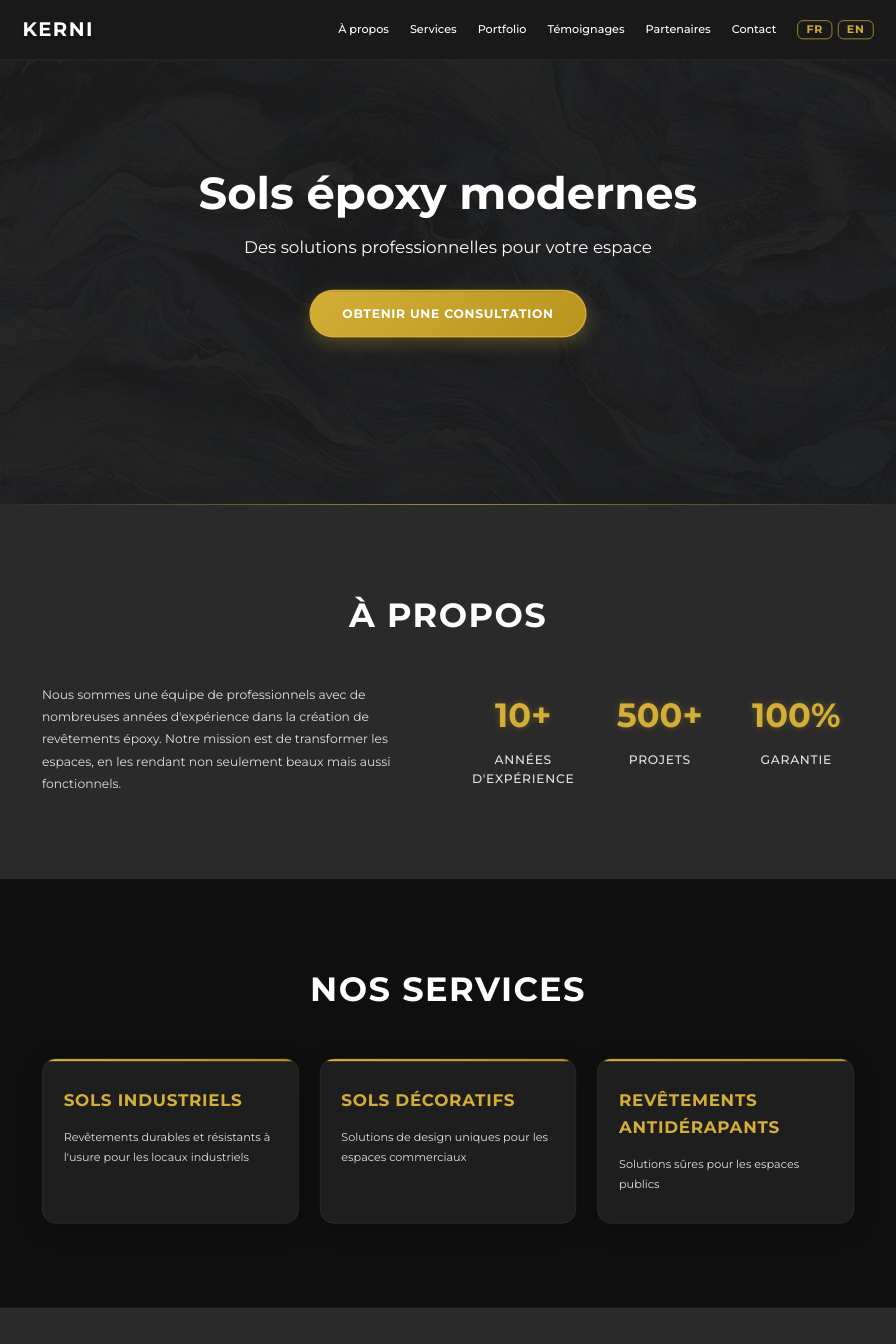
Repository: kerni-ca/kerni-ca
Page: index.html
The author's editor kept a copy of each file at every save. The page is drawn from the files as they stood at one save, then again after the next save.
The browser window is 1280 px wide. The pictures show the part of the page from y = 0 to 1920 px (the page is 4983 px tall), at 70% of full size.
Backgrounds fixed to the window are drawn as part of the page.

Above is the page before, as saved 2025-07-04 15:46:45.

After the next save:
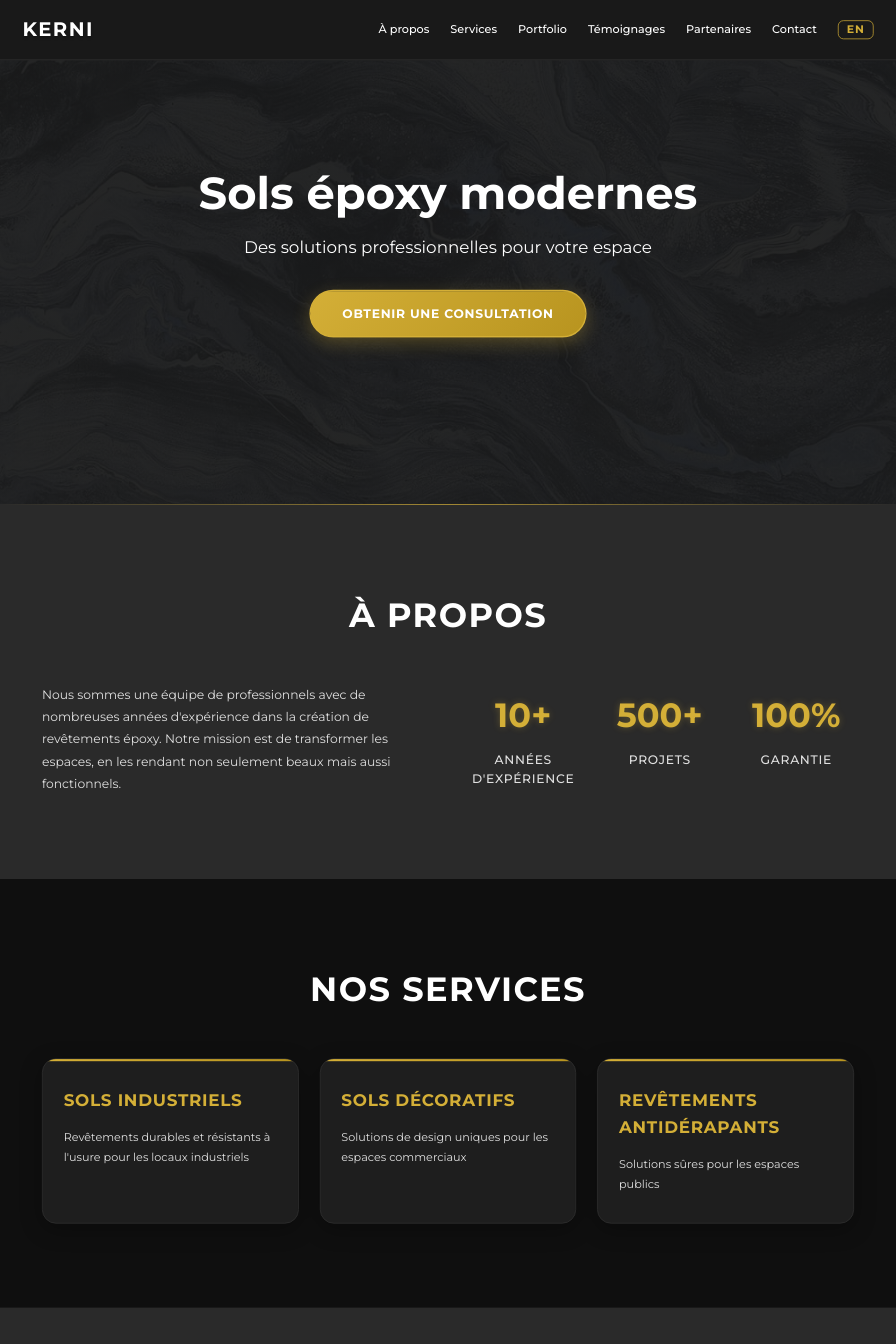
Saved 29 s later.
--- a/index.html
+++ b/index.html
@@ -29,10 +29,7 @@
                 <li><a href="#testimonials" data-i18n="nav_testimonials">nav_testimonials</a></li>
                 <li><a href="#partners" data-i18n="nav_partners">nav_partners</a></li>
                 <li><a href="#contact" data-i18n="nav_contact">nav_contact</a></li>
-                <li>
-                  <button class="lang-btn" data-lang="fr" id="lang-fr">FR</button>
-                  <button class="lang-btn" data-lang="en" id="lang-en">EN</button>
-                </li>
+                <li><button id="lang-switch" class="lang-btn"></button></li>
             </ul>
         </nav>
         <div class="hero">
